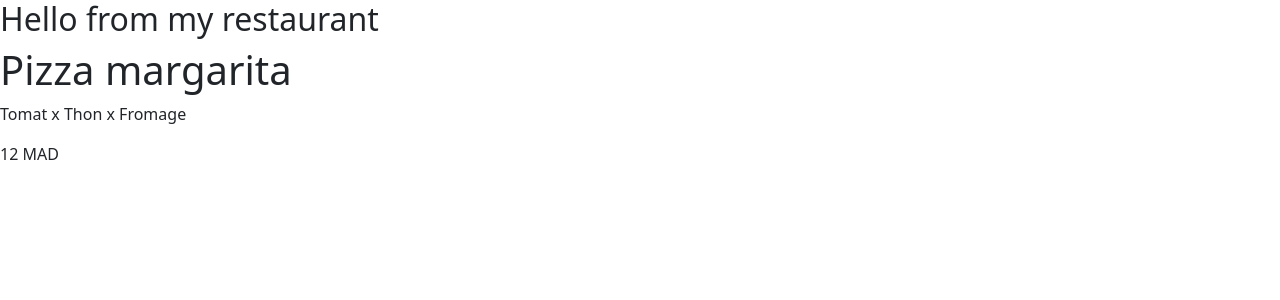
Repository: FS-23/my-restaurant
Page: /
These files come from the project's save history. The page is drawn as it stood at one moment and after the next save; the edit follows.
The browser window is 1280 px wide. The pictures show the whole page.
The project was rebuilt for these pictures with package versions that can differ from the ones it lists, and the page was loaded fresh each time. Also part of the build but not shown: src/index.css.

Above is the page before, as saved 2022-04-29 13:31:03.

### public/index.html
<!DOCTYPE html>
<html lang="en">
  <head>
    <meta charset="utf-8" />
    <link rel="icon" href="%PUBLIC_URL%/favicon.ico" />
    <meta name="viewport" content="width=device-width, initial-scale=1" />
    <meta name="theme-color" content="#000000" />
    <meta
      name="description"
      content="Web site created using create-react-app"
    />
    <link rel="apple-touch-icon" href="%PUBLIC_URL%/logo192.png" />
    <!--
      manifest.json provides metadata used when your web app is installed on a
      user's mobile device or desktop. See https://developers.google.com/web/fundamentals/web-app-manifest/
    -->
    <link rel="manifest" href="%PUBLIC_URL%/manifest.json" />
    <!--
      Notice the use of %PUBLIC_URL% in the tags above.
      It will be replaced with the URL of the `public` folder during the build.
      Only files inside the `public` folder can be referenced from the HTML.

      Unlike "/favicon.ico" or "favicon.ico", "%PUBLIC_URL%/favicon.ico" will
      work correctly both with client-side routing and a non-root public URL.
      Learn how to configure a non-root public URL by running `npm run build`.
    -->
    <title>React App</title>
    <!-- CSS only -->
<link href="https://cdn.jsdelivr.net/npm/bootstrap@5.1.3/dist/css/bootstrap.min.css" rel="stylesheet">
  </head>
  <body>
    <noscript>You need to enable JavaScript to run this app.</noscript>
    <div id="root"></div>
    <!--
      This HTML file is a template.
      If you open it directly in the browser, you will see an empty page.

      You can add webfonts, meta tags, or analytics to this file.
      The build step will place the bundled scripts into the <body> tag.

      To begin the development, run `npm start` or `yarn start`.
      To create a production bundle, use `npm run build` or `yarn build`.
    -->
  </body>
</html>

### src/App.js
import Menu from './components/Menu'
function App() {
  return (
    <div className="App">
        <h2>Hello from my restaurant</h2>
        <Menu />
    </div>
  );
}

export default App;

### src/components/Menu.js
import Plat from "./Plat"
function Menu(){
    return (
        <div>
            < Plat name="Pizza margarita" price="12" ingredient="Tomat x Thon x Fromage" />
        </div>
    )
}

export default Menu

### src/components/Plat.js

function Plat (props){
    return(
       <>
           <h1>{props.name} </h1>
           <p> {props.ingredient}</p>
           <div>
               {props.price} MAD
           </div>
       </>
    )
}

export default Plat

Loaded but not shown: src/index.js (common file)

After the next save:
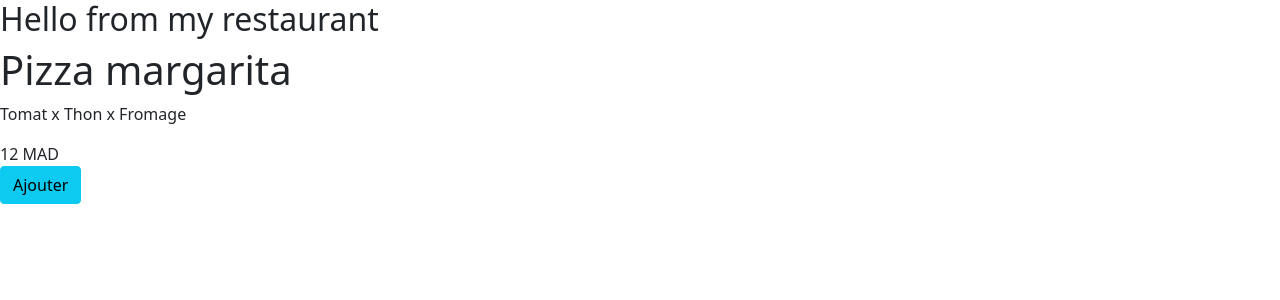
Saved 29 s later.
--- a/src/components/Plat.js
+++ b/src/components/Plat.js
@@ -7,6 +7,8 @@ function Plat (props){
            <div>
                {props.price} MAD
            </div>
+
+           <button className="btn btn-info">Ajouter</button>
        </>
     )
 }
